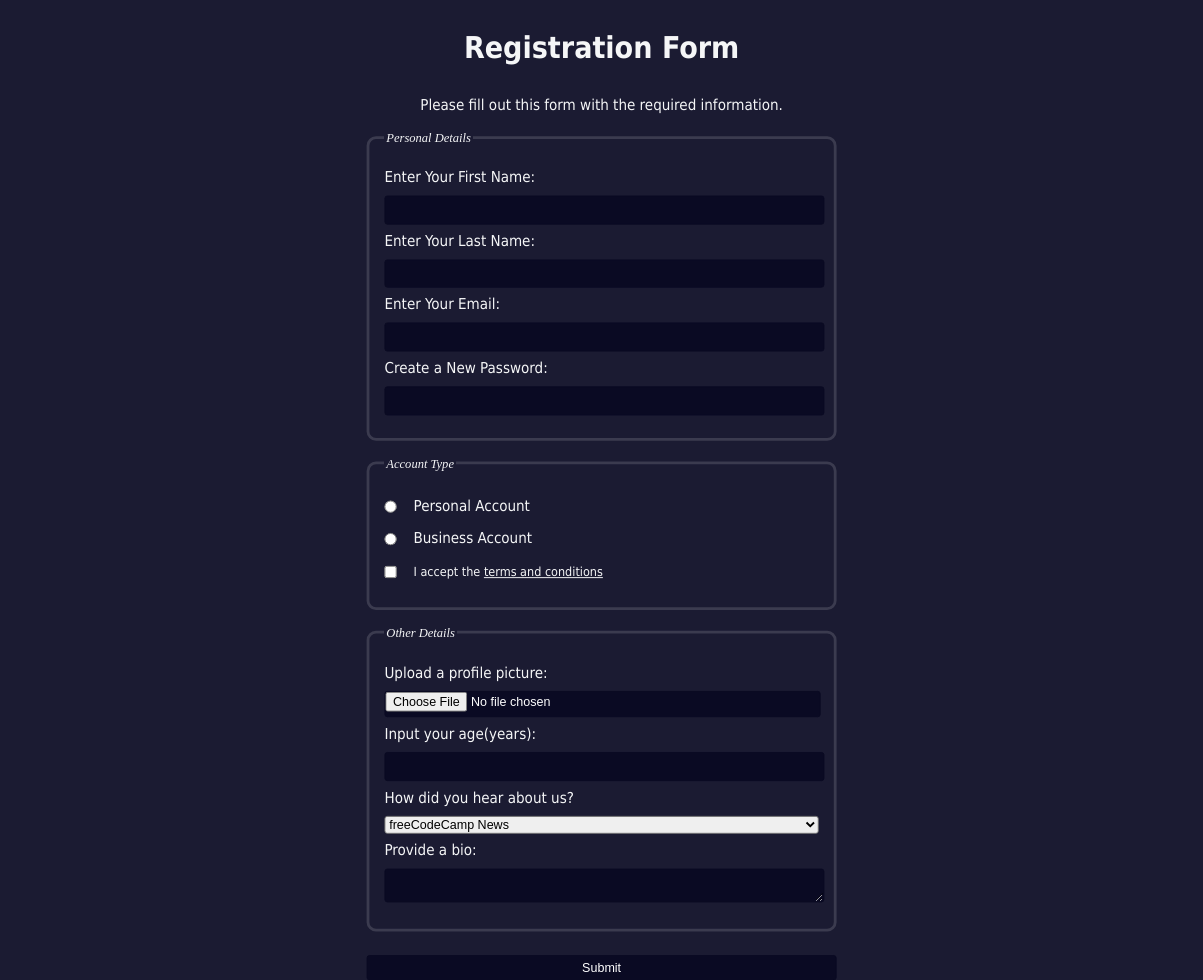
Repository: Lungdjos/registration_form
Page: index.html
An editor plug-in stored every save of this project. The page is shown before and after the next save, followed by the edit.
The browser window is 1280 px wide. The pictures show the whole page, at 94% of full size.

Above is the page before, as saved 2023-09-29 10:50:17.

### index.html
<!DOCTYPE html>
<html lang="en">

<head>
    <meta charset="UTF-8">
    <meta name="viewport" content="width=device-width, initial-scale=1.0">
    <title>Registration Form</title>
    <link rel="stylesheet" href="indexStyles.css">
</head>

<body>
    <h1>Registration Form</h1>
    <p>Please fill out this form with the required information.</p>
    <form action="https://register-demo.freecodecamp.org" method="post">
        <fieldset>
            <legend> <small>Personal Details</small> </legend>
            <label for="first-name">Enter Your First Name: <input type="text" id="first-name" name="first-name" required> </label>
            <label for="last-name">Enter Your Last Name: <input type="text" id="last-name" name="last-name" required> </label>
            <label for="email">Enter Your Email: <input type="email" id="email" name="email" required> </label>
            <label for="new-password">Create a New Password: <input type="password" name="password" id="new-password" pattern="[A-Za-z0-9]{8,}" minlength="8" required> </label>
        </fieldset>
        <fieldset>
            <legend> <small>Account Type</small></legend>
            <label for="personal-account"> <input class="inline" type="radio" name="account-type" id="personal-account"> Personal Account</label>
            <label for="business-account"> <input class="inline" type="radio" name="account-type" id="business-account"> Business Account</label>
            <label for="terms-and-conditions"> <input class="inline" type="checkbox" name="ts-and-cs" id="terms-and-conditions" required> <small>I accept the <a href="https://www.freecodecamp.org/news/terms-of-service/">terms and conditions</a> </small> </label>
        </fieldset>
        <fieldset>
            <legend> <small>Other Details</small></legend>
            <label for="profile-pic">Upload a profile picture: <input type="file" name="profile-piture" id="profile-pic"></label>
            <label for="age">Input your age(years): <input type="number" name="age" id="age" min="13" max="100"> </label>

            <label for="referrer"> How did you hear about us?
                <select name="referrer" id="referrer">
                    <option value="">(select one)</option>
                    <option value="1" selected name="news">freeCodeCamp News</option>
                    <option value="2" name="youtube" >freeCodeCamp YouTube Channel</option>
                    <option value="3" name="forum" >freeCodeCamp Forum</option>
                    <option value="4" name="other" >Other</option>
                </select>
            </label>
            <label for="bio">Provide a bio:
                <textarea name="biography" id="bio" cols="50" rows="2" placeholder="I like coding on the beach..." >
                </textarea>
            </label>
        </fieldset>

        <input type="submit" value="Submit" name="submit" id="submit-btn">
    </form>
</body>

</html>

### indexStyles.css
/* CSS for the Registration Form */

body {
    width: 100%;
    height: 100vh;
    /* will need to set the value to */
    margin: 15px 0 15px 0;
    background-color: #1b1b32;
    color: #f5f6f7;
    font-size: 16px;
    font-family: Tahoma;
}

label {
    display: block;
    margin: .5rem 0;
}

a {
    color: #f5f6f7;
}

form {
    margin: 0px 30px 0px 30px;
}

fieldset {
    margin: 15px 0px 15px 0px;
    border-radius: 10px;
    border: 3px solid #3b3b4f;
    padding: 1rem;
}


/* gets the last element and take effects */


/* fieldset:last-of-type {
    border: none;
} */

input,
textarea,
select {
    margin: 10px 0 0 0;
    width: 100%;
    border-radius: 3px;
}

input,
textarea {
    background-color: #0a0a23;
    border: 1px solid #0a0a23;
    color: #fff;
    min-height: 2em;
}

.inline {
    width: unset;
    margin: 0 1em 0 0;
    vertical-align: middle;
}

legend {
    font-style: italic;
    font-family: 'Times New Roman', Times, serif;
}

h1,
p {
    margin: 1em auto;
    text-align: center;
}

form {
    margin: 0 auto;
    max-width: 500px;
    min-width: 300px;
    width: 60vw;
}

#submit-btn:hover {
    background-color: blanchedalmond;
    margin-bottom: 15px;
}

After the next save:
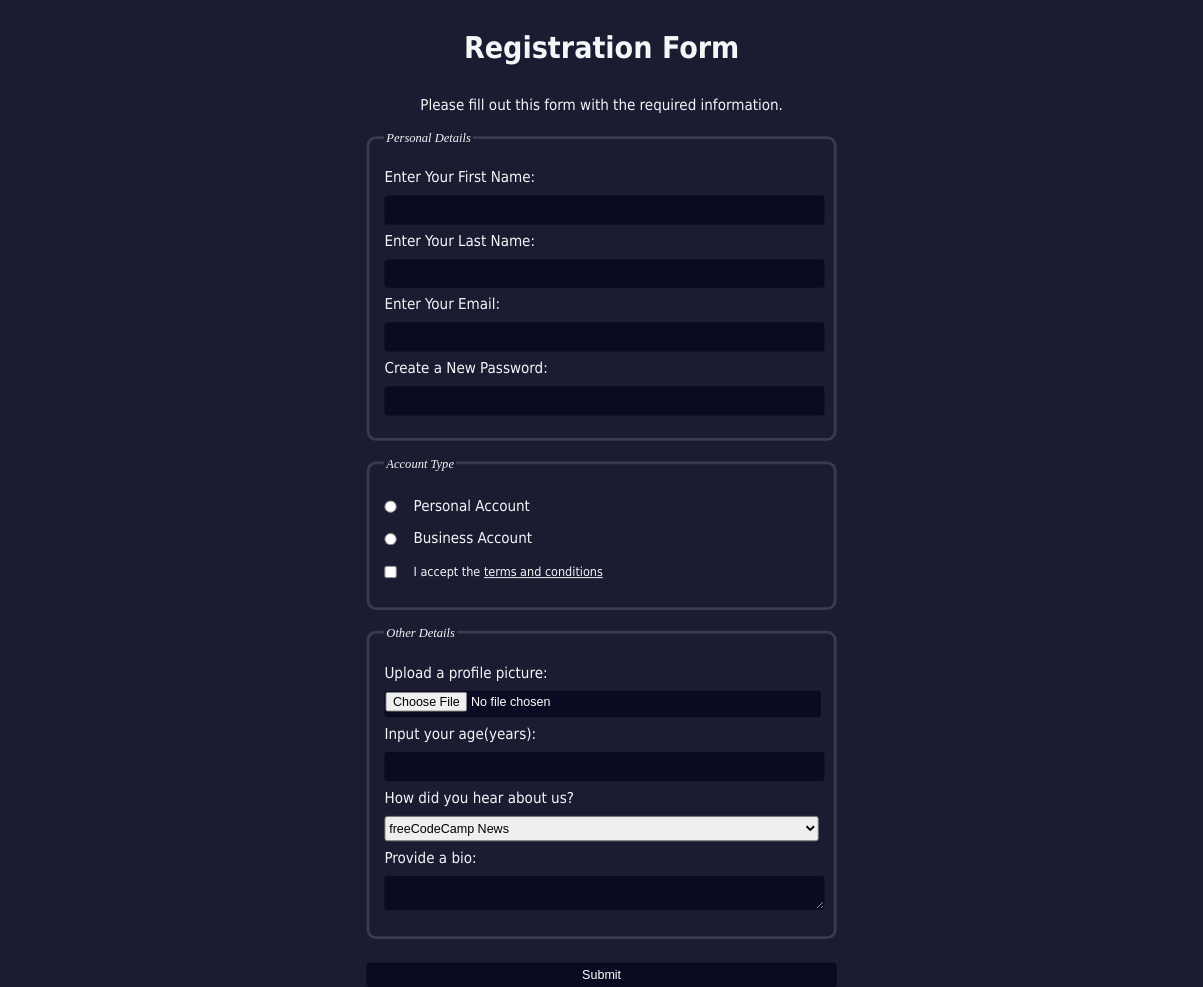
Saved 93 s later.
--- a/indexStyles.css
+++ b/indexStyles.css
@@ -45,6 +45,7 @@ select {
     margin: 10px 0 0 0;
     width: 100%;
     border-radius: 3px;
+    min-height: 2em;
 }
 
 input,
@@ -52,7 +53,6 @@ textarea {
     background-color: #0a0a23;
     border: 1px solid #0a0a23;
     color: #fff;
-    min-height: 2em;
 }
 
 .inline {
